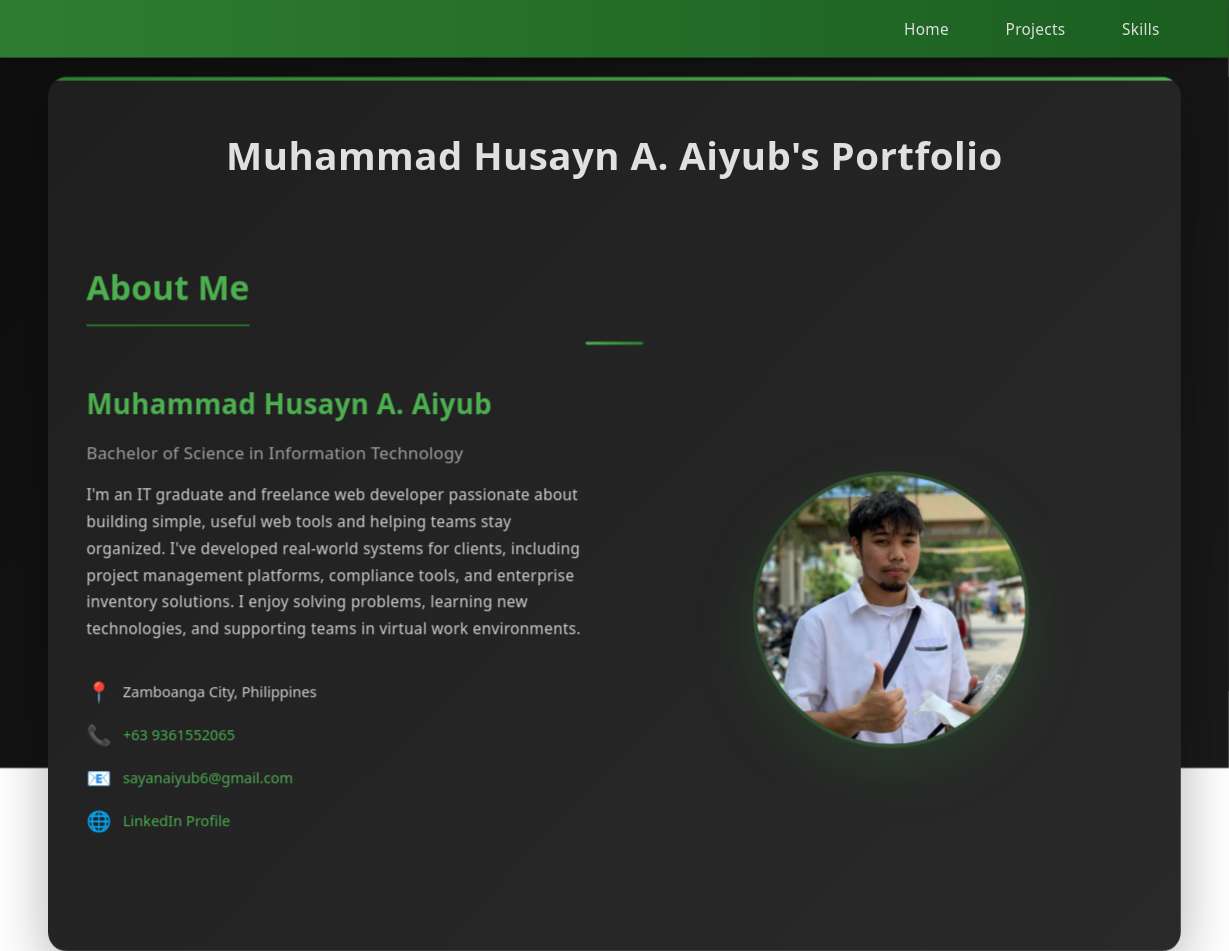
Repository: SAYANA11/portfolio
Page: /
These files come from the project's save history. The page is drawn as it stood at one moment and after the next save; the edit follows.
The browser window is 1280 px wide. The pictures show the whole page, at 96% of full size.
The project was rebuilt for these pictures with package versions that can differ from the ones it lists, and the page was loaded fresh each time. Also part of the build but not shown: vite.config.js, src/components/Projects.css, src/components/Projects.jsx, src/components/Skills.css, src/components/Skills.jsx.

Above is the page before, as saved 2026-02-17 01:11:13.

After the next save:
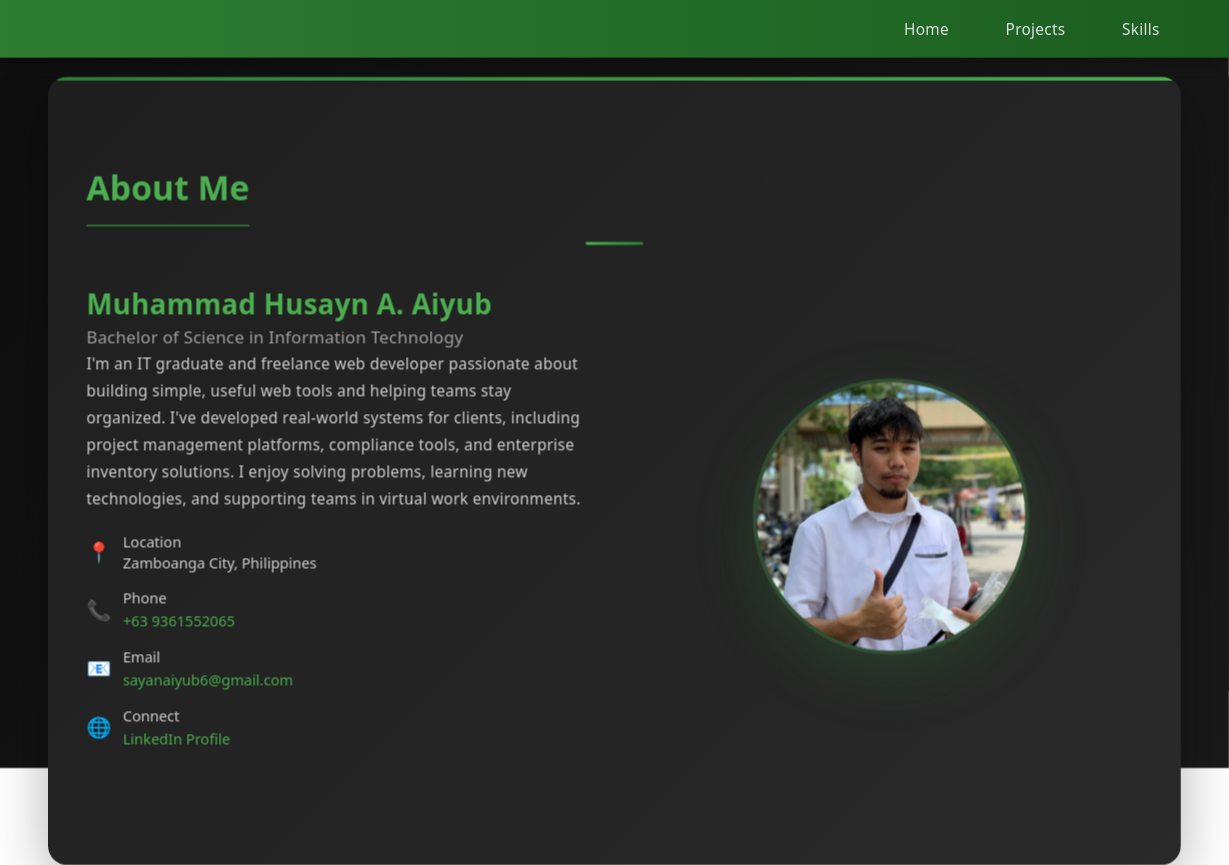
Saved 15 h 20 min later.
--- a/src/components/Hero.jsx
+++ b/src/components/Hero.jsx
@@ -5,51 +5,75 @@ import "./Hero.css";
 const Hero = () => {
   return (
     <div className="hero-container">
-      {/* Page Title */}
-      <div className="page-header">
-        <h1 className="page-title">Muhammad Husayn A. Aiyub's Portfolio</h1>
-      </div>
-
-      {/* About Me Section - Two Column Layout */}
+      {/* About Me Section - Modern Layout */}
       <div className="about-section">
-        <h2 className="section-title">About Me</h2>
-        <div className="title-accent"></div>
+        <div className="about-header">
+          <h2 className="section-title">About Me</h2>
+          <div className="title-accent"></div>
+        </div>
 
         <div className="about-layout">
           {/* Left Column */}
           <div className="about-left">
-            <h3 className="about-name">Muhammad Husayn A. Aiyub</h3>
-            <p className="about-subtitle">Bachelor of Science in Information Technology</p>
+            <div className="about-content-card">
+              <h3 className="about-name">Muhammad Husayn A. Aiyub</h3>
+              <p className="about-subtitle">Bachelor of Science in Information Technology</p>
 
-            <p className="about-text">
-              I'm an IT graduate and freelance web developer passionate about building simple, useful web tools and helping teams stay organized. I've developed real-world systems for clients, including project management platforms, compliance tools, and enterprise inventory solutions. I enjoy solving problems, learning new technologies, and supporting teams in virtual work environments.
-            </p>
+              <p className="about-text">
+                I'm an IT graduate and freelance web developer passionate about building simple, useful web tools and helping teams stay organized. I've developed real-world systems for clients, including project management platforms, compliance tools, and enterprise inventory solutions. I enjoy solving problems, learning new technologies, and supporting teams in virtual work environments.
+              </p>
 
-            {/* Contact Info inline */}
-            <div className="contact-info">
-              <div className="contact-info-item">
-                <span className="contact-info-icon">📍</span>
-                <p>Zamboanga City, Philippines</p>
-              </div>
-              <div className="contact-info-item">
-                <span className="contact-info-icon">📞</span>
-                <a href="tel:+63-9361552065">+63 9361552065</a>
-              </div>
-              <div className="contact-info-item">
-                <span className="contact-info-icon">📧</span>
-                <a href="mailto:sayanaiyub6@gmail.com">sayanaiyub6@gmail.com</a>
-              </div>
-              <div className="contact-info-item">
-                <span className="contact-info-icon">🌐</span>
-                <a href="https://linkedin.com/in/sayn-aiyub-492046963" target="_blank" rel="noopener noreferrer">LinkedIn Profile</a>
+              {/* Contact Info with Cards */}
+              <div className="contact-info">
+                <div className="contact-info-item">
+                  <div className="contact-icon-wrapper">
+                    <span className="contact-info-icon">📍</span>
+                  </div>
+                  <div>
+                    <p className="contact-label">Location</p>
+                    <p className="contact-value">Zamboanga City, Philippines</p>
+                  </div>
+                </div>
+                <div className="contact-info-item">
+                  <div className="contact-icon-wrapper">
+                    <span className="contact-info-icon">📞</span>
+                  </div>
+                  <div>
+                    <p className="contact-label">Phone</p>
+                    <a href="tel:+63-9361552065">+63 9361552065</a>
+                  </div>
+                </div>
+                <div className="contact-info-item">
+                  <div className="contact-icon-wrapper">
+                    <span className="contact-info-icon">📧</span>
+                  </div>
+                  <div>
+                    <p className="contact-label">Email</p>
+                    <a href="mailto:sayanaiyub6@gmail.com">sayanaiyub6@gmail.com</a>
+                  </div>
+                </div>
+                <div className="contact-info-item">
+                  <div className="contact-icon-wrapper">
+                    <span className="contact-info-icon">🌐</span>
+                  </div>
+                  <div>
+                    <p className="contact-label">Connect</p>
+                    <a href="https://linkedin.com/in/sayn-aiyub-492046963" target="_blank" rel="noopener noreferrer">LinkedIn Profile</a>
+                  </div>
+                </div>
               </div>
             </div>
           </div>
 
           {/* Right Column - Photo */}
           <div className="about-right">
-            <div className="about-photo">
-              <img src={myPhoto} alt="Muhammad Husayn Aiyub" />
+            <div className="about-photo-wrapper">
+              <div className="about-photo-container">
+                <div className="photo-glow"></div>
+                <div className="about-photo">
+                  <img src={myPhoto} alt="Muhammad Husayn Aiyub" />
+                </div>
+              </div>
             </div>
           </div>
         </div>
